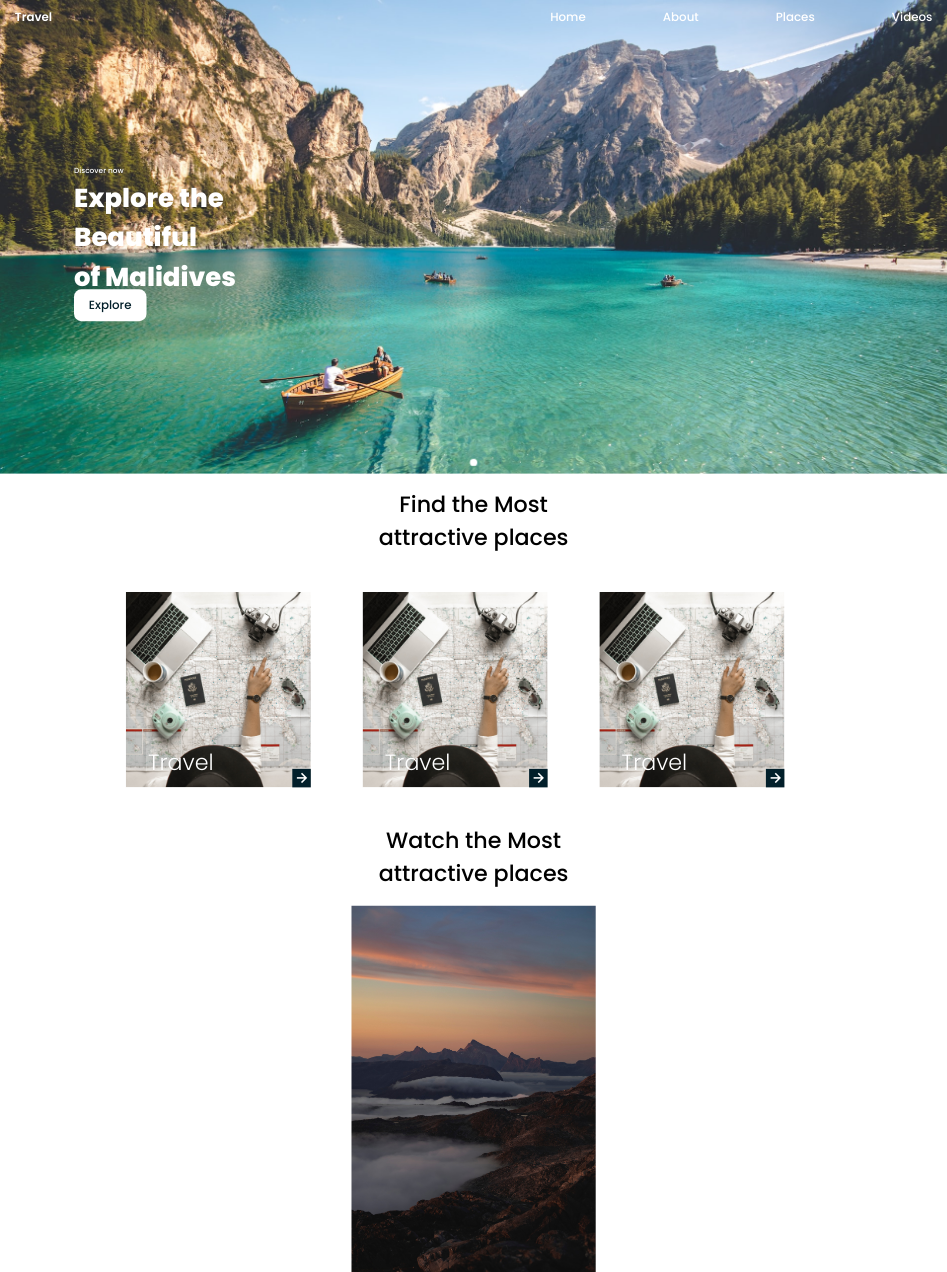
Repository: OmniaRafat232111121/Traveling
Page: index.html
The author's editor kept a copy of each file at every save. The page is drawn from the files as they stood at one save, then again after the next save.
The browser window is 1280 px wide. The pictures show the whole page, at 74% of full size.

Above is the page before, as saved 2022-12-20 11:47:48.

### index.html
<!DOCTYPE html>
<html lang="en">
<head>
    <meta charset="UTF-8">
    <meta http-equiv="X-UA-Compatible" content="IE=edge">
    <meta name="viewport" content="width=device-width, initial-scale=1.0">
    <title>Travel Css</title>
    <link rel="stylesheet" href="css/style.css">
    <!--swiper-->
       <link
  rel="stylesheet"
  href="https://cdn.jsdelivr.net/npm/swiper@8/swiper-bundle.min.css"
/>
<!--Box icon-->
 <link rel="stylesheet"
  href="https://cdn.jsdelivr.net/npm/boxicons@latest/css/boxicons.min.css">
</head>
<body>
    <!--navbar start-->
    <header class="header">
        <div class="logo">
        <a href="index.html" >Travel</a>
        </div>
        <div class="'bx bx-menu" id="menu-icon"></div>
        <nav>
            <ul>
                <li><a href="index.html">Home</a></li>
                <li><a href="#about">About</a></li>
                <li><a href="#places">Places</a></li>
                <li><a href="#viedos">Videos</a></li>
            </ul>
        </nav>

    </header>
   <!--navbar end-->
   <!--home start-->
   <section class="home swiper" id="home">
   <div class="swiper-wrapper">
        <div class="swiper-slide container">
            <img src="./imgs/travel1.jpg" alt="travel"/>
            <div class="home-text">
                <span>Discover now</span>
                <h1>Explore the <br>Beautiful<br> of Malidives</h1>
                <a href="#" class="btn"> Explore</a>
            </div>
        </div>

        <div class="swiper-slide container">
            <img src="./imgs/dessert.jpg" alt="travel"/>\
            <div class="home-text">
                <span>Discover now</span>
                <h1>Explore the <br>Beautiful<br> of Malidives</h1>
                <a href="#" class="btn"> Explore</a>
            </div>
        </div>
        <div class="swiper-slide container">
            <img src="./imgs/travel3.jpg" alt="travel"/>
            <div class="home-text">
                <span>Discover now</span>
                <h1>Explore the <br>Beautiful<br> of Malidives</h1>
                <a href="#" class="btn"> Explore</a>
            </div>
        </div>

      </div>
    <div class="swiper-pagination"></div>
   </section>
   <!--home end-->

   <!--places start-->
   <section class="places" id="places">
    <div class="heading">
        <h1>Find the Most <br>attractive places</h1>
        <div class="places-container">
            <div class="box">
                <div class="place-image">
                   <img  src="./imgs/p1.jpg" alt="image" />
                </div>
                <div class="place-heading">
                    <h2>Travel</h2>
                </div>
                <i class='bx bx-right-arrow-alt place-icon'></i>

            </div>
            <div class="box">
                <div class="place-image">
                   <img  src="./imgs/p1.jpg" alt="image" />
                </div>
                <div class="place-heading">
                    <h2>Travel</h2>
                </div>
                <i class='bx bx-right-arrow-alt place-icon'></i>

            </div>
            <div class="box">
                <div class="place-image">
                   <img  src="./imgs/p1.jpg" alt="image" />
                </div>
                <div class="place-heading">
                    <h2>Travel</h2>
                </div>
                <i class='bx bx-right-arrow-alt place-icon'></i>

            </div>

        </div>

    </div>

   </section>

   <!--places ends-->

   <section class="Videos" id="Videos">
    <div class="heading">
        <h1>Watch the Most <br>attractive places</h1>
     <div class="image-container">
            <img src="./imgs/rose.jpg" at="image"/>


</div>
    </div>

   </section>
<!--swiper-->
<script src="https://cdn.jsdelivr.net/npm/swiper@8/swiper-bundle.min.js"></script>
<!--custom js-->
<script src="main.js"></script>
</body>
</html>

### css/style.css
@import url('https://fonts.googleapis.com/css2?family=Be+Vietnam+Pro:wght@100&family=Inter:wght@100;300;400;500;600&family=Montserrat:wght@400;700&family=Nunito:ital,wght@0,200;0,300;1,200&family=Open+Sans:ital,wght@0,300;0,600;0,700;1,300&family=Poppins:ital,wght@0,200;0,300;0,500;0,600;0,800;0,900;1,100;1,200;1,300;1,500&family=Work+Sans:ital,wght@0,100;0,200;0,400;0,500;1,200;1,300&display=swap');
*{
    padding:0;
    margin:0;
    box-sizing: border-box;
    font-family: Poppins,'sans-serif';
    scroll-behavior: smooth;
}
:root{
    --text-color:#021f2a;
    --bf-color:#fff;
}
li{
    list-style: none;
}
a{
    text-decoration: none;
}
header{

    position:fixed;
    width:100%;
    top:0;
    left:0;
    right:0;
    display:flex;
    align-items: center;
    justify-content: space-between;
    padding:10px 20px;
     transition: 0.3s;
     z-index:20000;
}
nav ul li{
    display:inline-block;
    margin-left: 100px;

}
nav ul li a{
    color:#fff;
}
.logo a{
    font-size: 1rem;
    font-weight: 600;
    color:var(--bf-color)
}
nav ul li {
    position: relative;
}
nav ul li a::after{
    content:" ";
    width:0%;
    height:2px;
    background-color:#fff;
    position: absolute;
    bottom: -3px;
    left:0;
    transition: 0.3s;

}
nav ul li a:hover::after{
 width:50px;
}
#menu-icon{
    display:none;
    cursor: pointer;
    z-index:10001;

}
.container{
    position:relative;
    width:100%;
    min-height:640px ;
    display: flex;
    align-items: center;
}
.container img{
    position: absolute;
    width:100%;
    height:100%;
    object-fit: cover;
}
.swiper-pagination-bullet{
padding:5px;
 background:var(--bf-color);
}
/* .swiper-pagination-bullet-active{
    background:var(--bf-color);
} */
span.swiper-pagination-bullet.swiper-pagination-bullet-active.swiper-pagination-bullet-active-main {
    background: #fff;
}
.home-text{
    z-index:20001;
    padding:0px 100px;
}
.home-text span{
    color:#fff;
    font-size: 10px;
}
.home-text h1{
    font-weight: 700;
    font-size: 35px;
    color:#fff;
}
.home-text h1:hover{
    color:var(--text-color);
    transition: 0.3s linear;
}
.btn{
    background-color: var(--bf-color);
    color:var(--text-color);
    padding:10px 20px;
    border-radius: 10px;
    margin-top: 70px;
    font-weight: 500;
}
.btn:hover{
    color: var(--bf-color);
    background-color:var(--text-color);
}

.heading{
    text-align: center;
}
.heading h1{
    font-weight: 500;
    padding:20px;
    font-size: 30px;
}
.places-container{
    display:grid;
    grid-template-columns: repeat(auto-fill,minmax(300px,auto));
    gap:20px;
    padding:30px;
    justify-content: center;
}
.places-container .box{
    position:relative;
}
.box .place-image{
    width:250px;
    height:100%;
    overflow: hidden;
}
.places-container .box .place-image img{
    width:100%;
    height:100%;
}
 .box .place-image img:hover{
    transform: scale(1.1);
    transition: 0.3s;
}
.place-heading {
position:absolute;
bottom:10px;
}
.place-heading h2{
    font-weight: 300;
    font-size: 30px;
    color:var(--bf-color);
    margin-left:30px;

}
.place-icon{
    position:absolute;
    bottom:0px;
    right:50px;
    color:var(--bf-color);
    background-color: var(--text-color);
    font-size: 25px;
    cursor: pointer;
}
.place-icon:hover{
    background-color:var(--bf-color);
    color: var(--text-color);
}
/*viedos*/
.image-container{
    display:flex;
    align-items: center;
    justify-content: center;
}


.image-container img{
    width:330px;
    height:100

}

### main.js
//swiper
var swiper = new Swiper(".home", {
       loop: true,
       grabCursor:true,
       pagination: {
          el: ".swiper-pagination",
          dynamicBullets: true,
        },
});

After the next save:
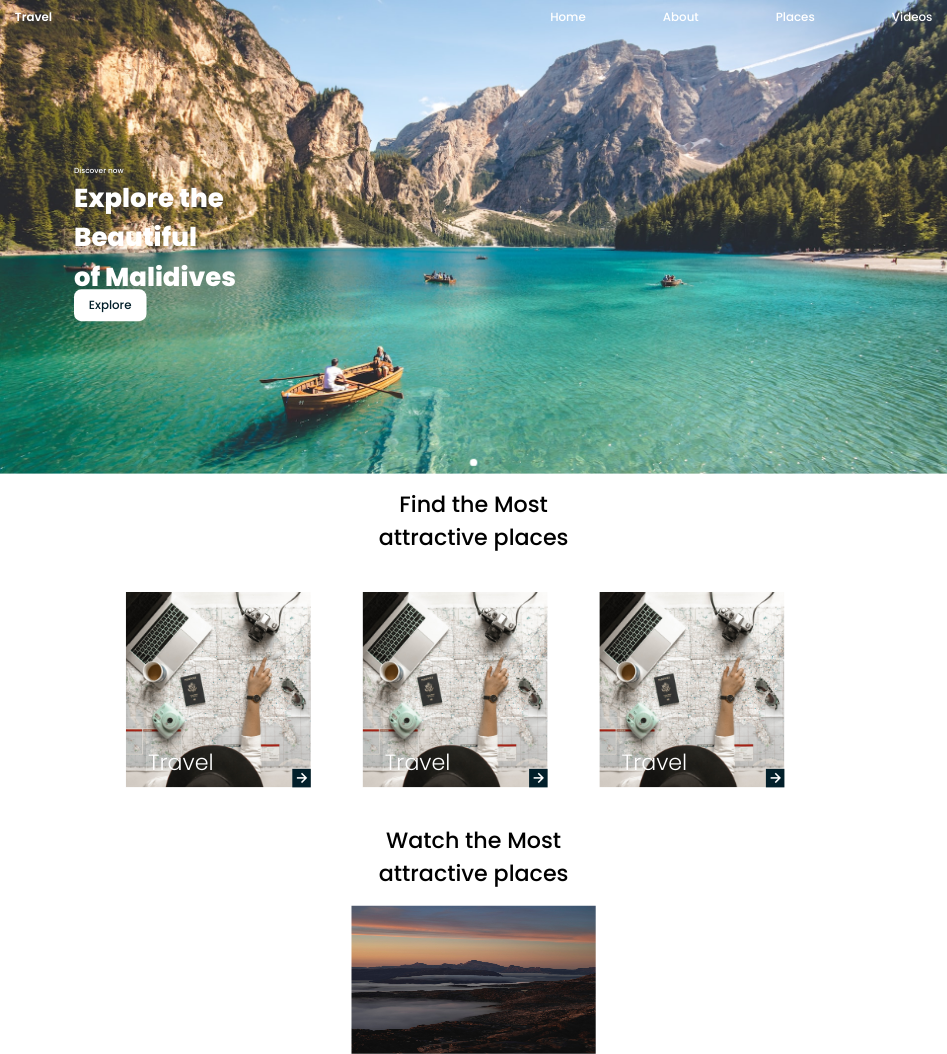
Saved 4 s later.
--- a/css/style.css
+++ b/css/style.css
@@ -184,6 +184,6 @@ bottom:10px;
 
 .image-container img{
     width:330px;
-    height:100
+    height:200px;
 
 }
